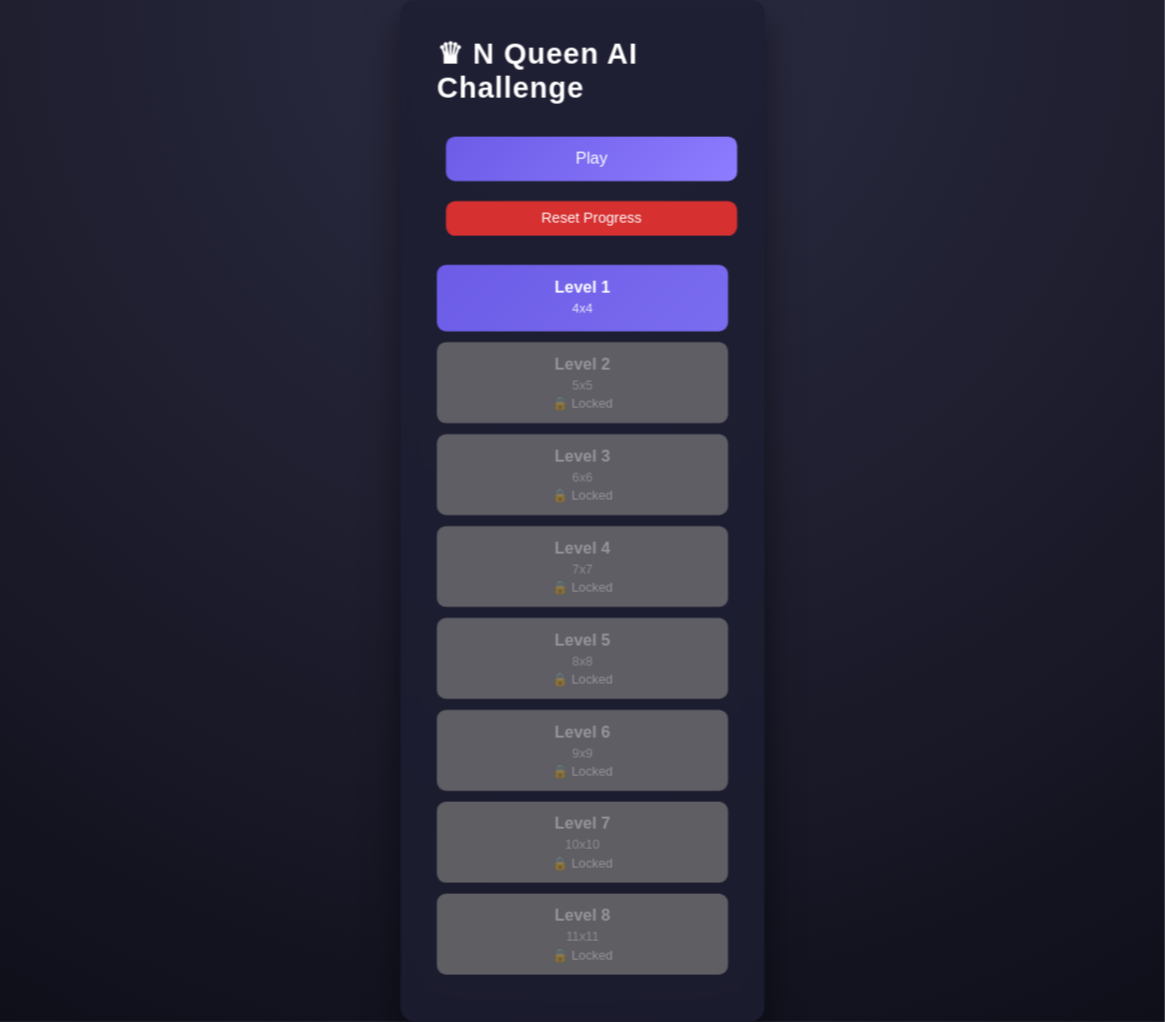
Repository: lissaintech/NQueen
Page: index.html
An editor plug-in stored every save of this project. The page is shown before and after the next save, followed by the edit.
The browser window is 1280 px wide. The pictures show the whole page, at 91% of full size.

Above is the page before, as saved 2026-03-08 19:17:37.

After the next save:
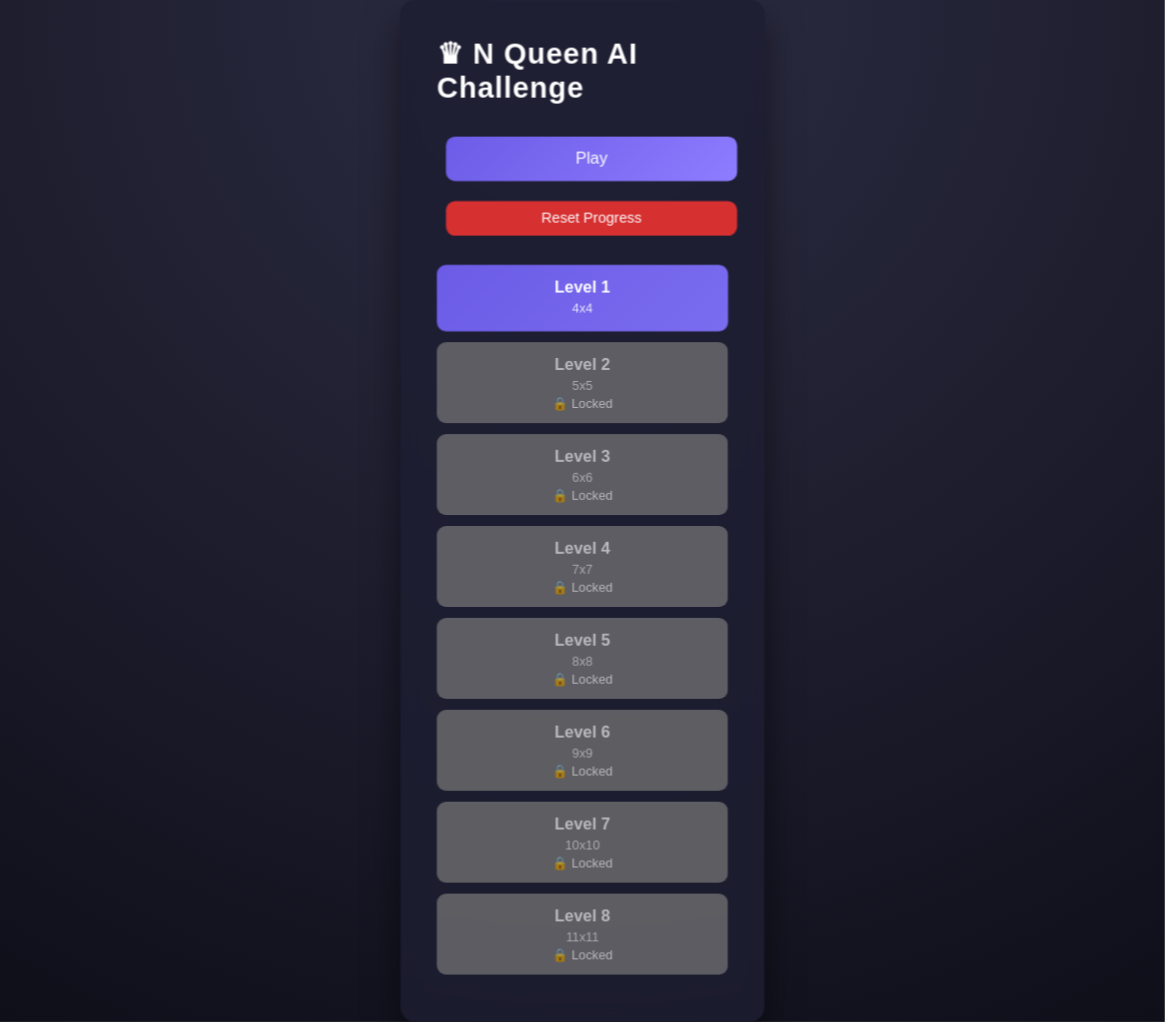
Saved 83 s later.
--- a/style.css
+++ b/style.css
@@ -317,3 +317,27 @@ font-size:14px;
 opacity:0.6;
 
 }
+
+.levelCard{
+
+display:flex;
+flex-direction:column;
+
+gap:4px;
+
+opacity:0;
+
+transform:translateY(15px);
+
+animation:levelAppear 0.4s ease forwards;
+
+}
+
+@keyframes levelAppear{
+
+to{
+opacity:1;
+transform:translateY(0);
+}
+
+}
